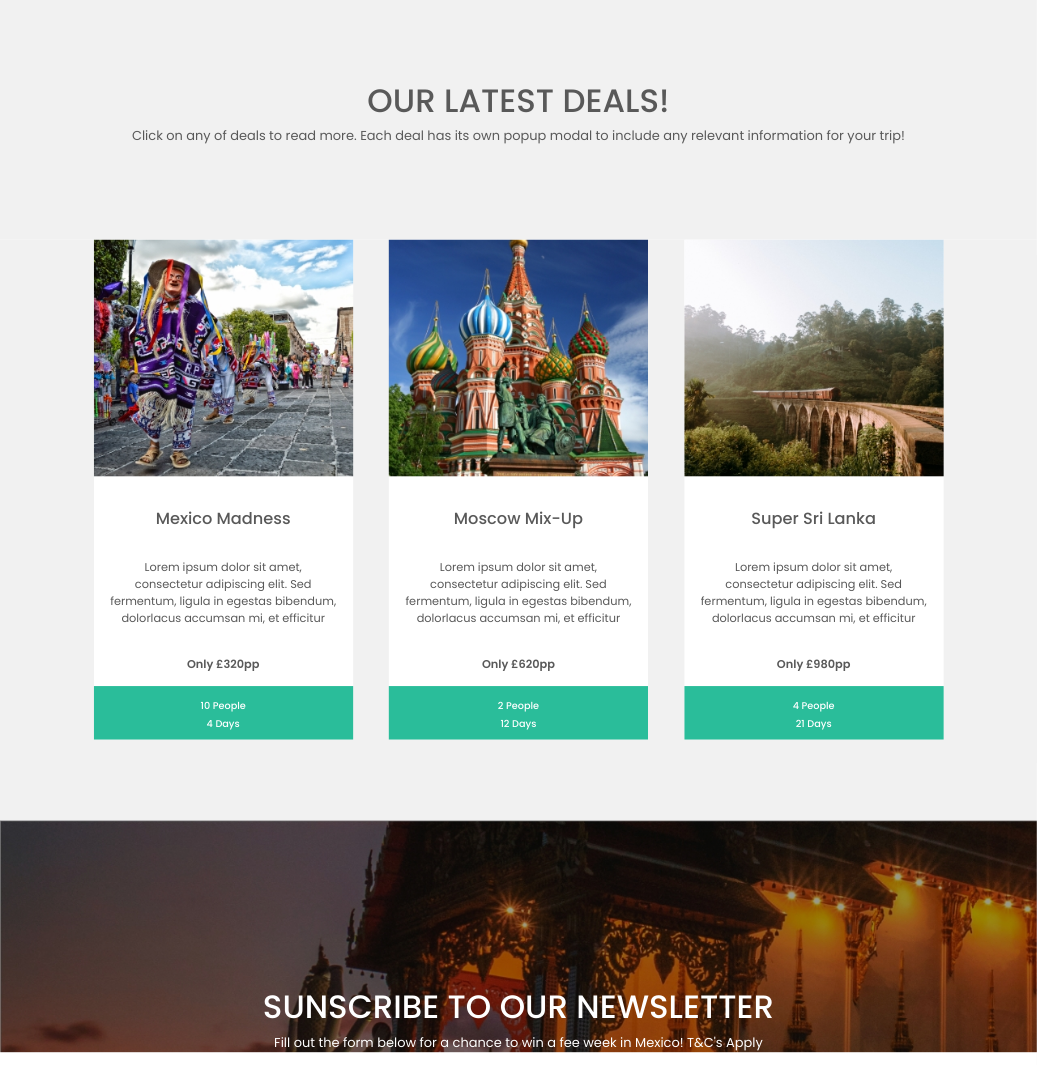
Repository: cobyfoster99/Interactive-frontend-project
Page: index.html
The author's editor kept a record of every edit. The page is drawn from the files as they stood at one moment, then again after the next edit.
The browser window is 1280 px wide. The pictures show the whole page, at 81% of full size.

Above is the page before.
Console error (its wording comes from the project's code and is left out).

### index.html
<!DOCTYPE html>
<html lang="en">

<head>
    <meta charset="UTF-8">
    <meta name="viewport" content="width=device-width, initial-scale=1.0">
    <meta http-equiv="X-UA-Compatible" content="ie=edge">

    <link rel="stylesheet" href="assets/css/style.css" type="text/css" />
    <script type="text/javascript" src="assets/js/foundation.js"></script>
    <link rel="stylesheet" href="https://stackpath.bootstrapcdn.com/bootstrap/4.4.1/css/bootstrap.min.css" type="text/css" />
    <script type="text/javascript" src="https://stackpath.bootstrapcdn.com/bootstrap/4.4.1/js/bootstrap.min.js"></script>

    <title>Simple Design Works | Travel</title>

</head>

<body>

    <!-------- Deals Box Section -------->

    <div class="contain grey-background">
        <div class="h1-section no-gutters">
            <h1>OUR LATEST DEALS!</h1>
            <P>Click on any of deals to read more. Each deal has its own popup modal to include any relevant information for your trip!</P>
        </div>

    </div>

    <div class="contain grey-background deals-section">
        <div class="deals-box-section no-gutters">
            <div class="deals-box">
                <img src="assets/media-library/mexico.jpg" class="deals-image" />
                <h5 class="deals-box-h1">Mexico Madness</h5>
                <p class="deals-box-p">Lorem ipsum dolor sit amet, consectetur adipiscing elit. Sed fermentum, ligula in egestas bibendum, dolorlacus accumsan mi, et efficitur</p>
                <p class="deals-box-price">Only £320pp</p>
                <div class="price-box turqoise-bg">
                    <p class="deals-box-bottom-p">10 People</p>
                    <p class="deals-box-bottom-p">4 Days</p>
                </div>
            </div>
        </div>

        <div class="deals-box-section no-gutters">
            <div class="deals-box">
                <img src="assets/media-library/moscow.jpg" class="deals-image" />
                <h5 class="deals-box-h1">Moscow Mix-Up</h5>
                <p class="deals-box-p">Lorem ipsum dolor sit amet, consectetur adipiscing elit. Sed fermentum, ligula in egestas bibendum, dolorlacus accumsan mi, et efficitur</p>
                <p class="deals-box-price">Only £620pp</p>
                <div class="price-box turqoise-bg">
                    <p class="deals-box-bottom-p">2 People</p>
                    <p class="deals-box-bottom-p">12 Days</p>
                </div>
            </div>
        </div>

        <div class="deals-box-section no-gutters">
            <div class="deals-box">
                <img src="assets/media-library/sri-lanka.jpg" class="deals-image" />
                <h5 class="deals-box-h1">Super Sri Lanka</h5>
                <p class="deals-box-p">Lorem ipsum dolor sit amet, consectetur adipiscing elit. Sed fermentum, ligula in egestas bibendum, dolorlacus accumsan mi, et efficitur</p>
                <p class="deals-box-price">Only £980pp</p>
                <div class="price-box turqoise-bg">
                    <p class="deals-box-bottom-p">4 People</p>
                    <p class="deals-box-bottom-p">21 Days</p>
                </div>
            </div>
        </div>

    </div>

    <!-------- Subscribe to our Newsletter -------->

    <div class="contain">
        <div class="image-background-newsletter">
            <div class="h1-section"></div>
            <h1 class="newsletter-h1">SUNSCRIBE TO OUR NEWSLETTER</h1>
            <p class="newsletter-p">Fill out the form below for a chance to win a fee week in Mexico! T&C's Apply</p>
            <div class="newsletter-signup"></div>
        </div>
    </div>
    </div>

</body>

</html>

### assets/css/style.css
@import url('https://fonts.googleapis.com/css?family=Poppins:400,500,600,700&display=swap');

/* Background Colors */

.grey-background {
    background-color: #f1f1f1;
}

.turqoise-bg {
    background-color: #2abd9a;
}

/* Text */

h1,
h2,
h3,
h4,
h5,
h6,
span,
p {
    font-family: "poppins", arial;
    color: #595959;
    text-align: center;
}

h3 {
    font-size: 18px;
    font-weight: 600;
}

.contain {
    max-width: 1920px;
    margin: auto;
    text-align: center;
}

.h1-section {
    display: inline-block;
    padding-top: 100px;
    padding-bottom: 100px;
    max-width: 1200px;
}



.deals-box-section {
    display: inline-block;
    max-width: 1200px;

}

.deals-box {
    background-color: white;
    width: 320px;
    margin-right: 20px;
    margin-left: 20px;
}

.deals-image {
    padding-bottom: 20px;
}

.deals-box-h1 {
    font-size: 20px;
    padding-bottom: 10px;
    padding-top: 20px;
}

.deals-box-p {
    font-size: 14px;
    padding: 20px;
}

.deals-box-price {
    font-size: 14px;
    font-weight: 600
}

.deals-box-bottom-p {
    color: white;
    font-size: 12px;
    font-weight: 500;
    padding-top: 5px;
    margin-bottom: 0px;
}

.price-box {
    padding-top: 10px;
    padding-bottom: 10px;
}

.deals-section {
    padding-bottom: 100px;
}
.image-background-newsletter {
    background-image: url("../media-library/newsletter-background.jpg");
    max-height: 400px;
}

 {
    color: white;
}
.newsletter-h1,
.newsletter-p {
    color: white;
}

Loaded but not shown: assets/js/foundation.js (no copy from this time; the picture is the same without it)

After the next edit:
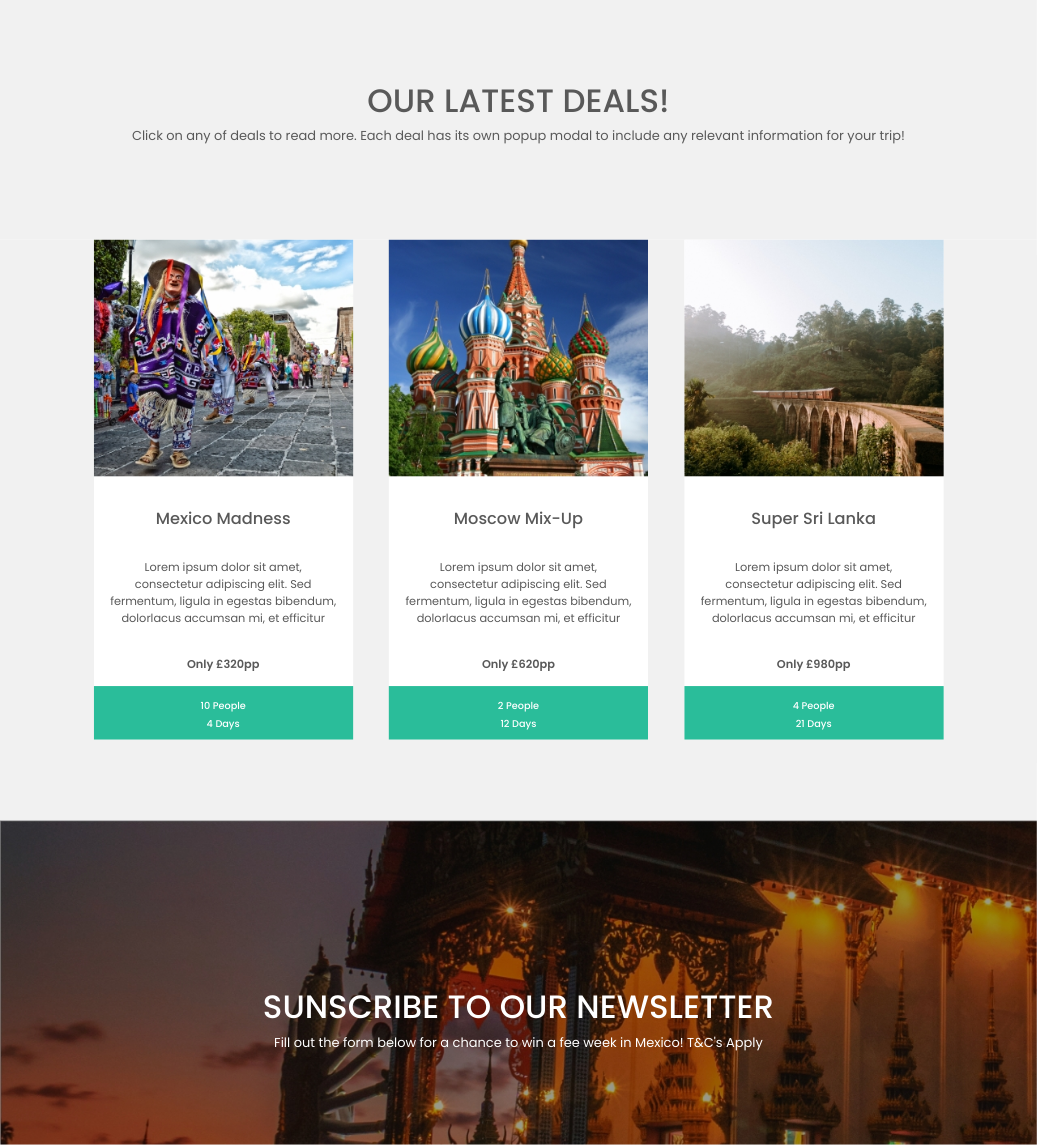
The edit:
--- a/assets/css/style.css
+++ b/assets/css/style.css
@@ -97,11 +97,9 @@
 .image-background-newsletter {
     background-image: url("../media-library/newsletter-background.jpg");
     max-height: 400px;
+    padding-bottom: 100px;
 }
 
- {
-    color: white;
-}
 .newsletter-h1,
 .newsletter-p {
     color: white;
